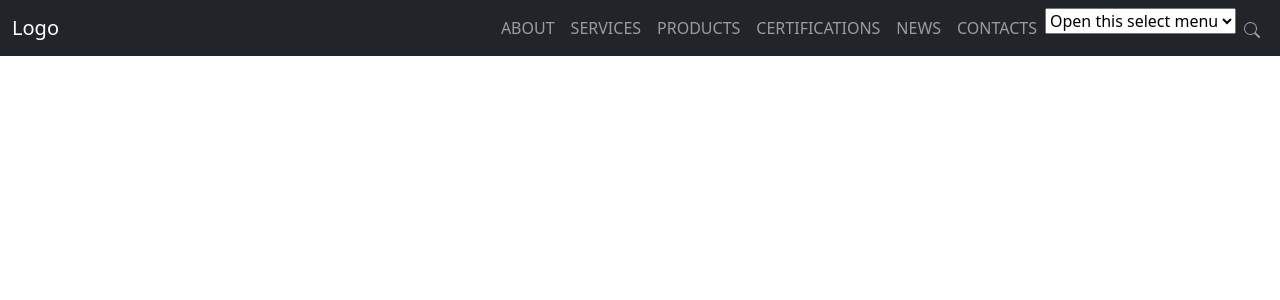
Repository: nourHellani/Buckler
Page: index.html
An editor plug-in stored every save of this project. The page is shown before and after the next save, followed by the edit.
The browser window is 1280 px wide. The pictures show the whole page.

Above is the page before, as saved 2023-02-13 11:12:43.

After the next save:
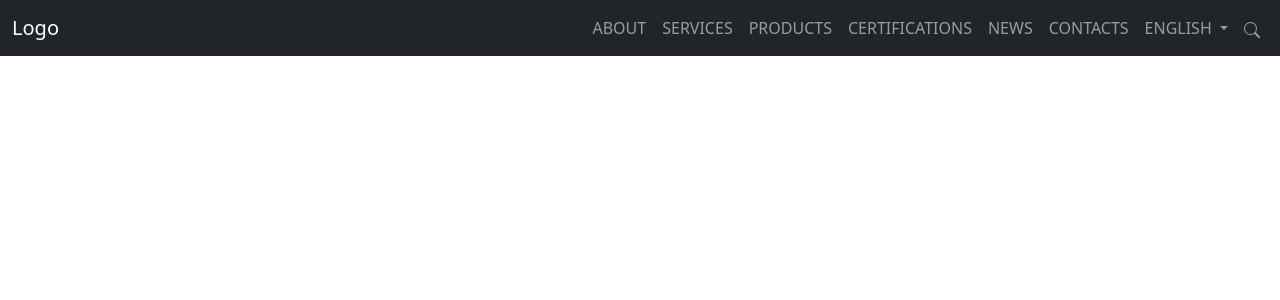
Saved 13 s later.
--- a/index.html
+++ b/index.html
@@ -40,12 +40,14 @@
                         <a class="nav-link" href="javascript:void(0)">CONTACTS</a>
                       </li>
                       <li class="nav-item dropdown">
-                        <select >
-                            <option selected>Open this select menu</option>
-                            <option value="1">One</option>
-                            <option value="2">Two</option>
-                            <option value="3">Three</option>
-                          </select>
+                        <a class="nav-link dropdown-toggle" href="#" id="navbarScrollingDropdown" role="button" data-bs-toggle="dropdown" aria-expanded="false">
+                            ENGLISH
+                        </a>
+
+                        <ul class="dropdown-menu" aria-labelledby="navbarScrollingDropdown">
+                          <li><a class="dropdown-item" href="#">ENGLISH</a></li>
+                          <li><a class="dropdown-item" href="#">ARABIC</a></li>
+                        </ul>
                       </li>
                       <li class="nav-item">
                         <a class="nav-link" href="javascript:void(0)"><svg xmlns="http://www.w3.org/2000/svg" width="16" height="16" fill="currentColor" class="bi bi-search" viewBox="0 0 16 16">
